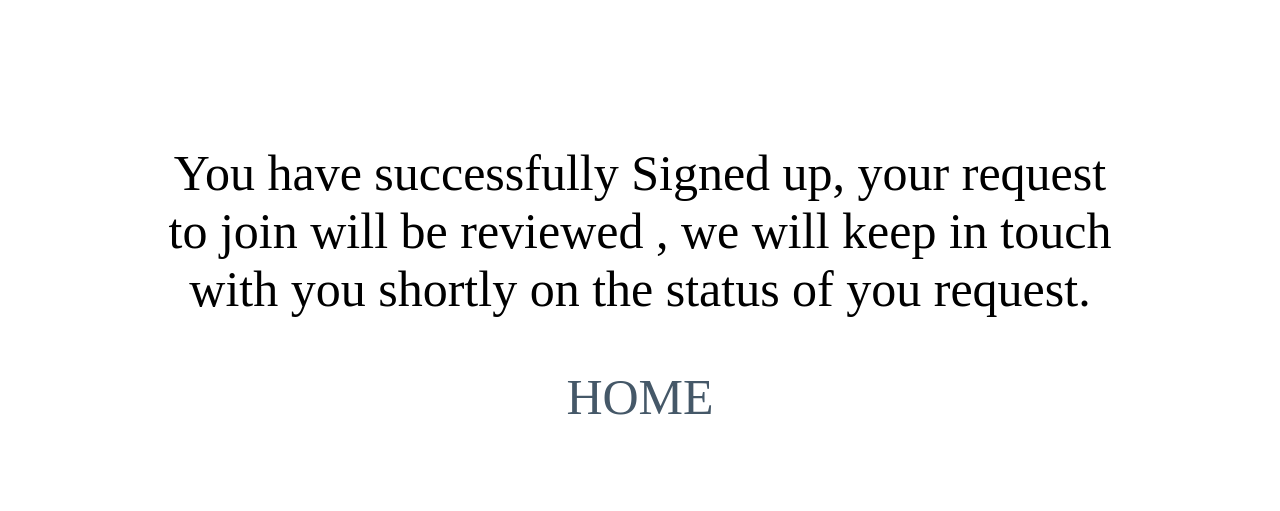
Repository: lorna-k/Workspace
Page: Alumni/Alumni-2/WebContent/signedup.html
The author's editor kept a copy of each file at every save. The page is drawn from the files as they stood at one save, then again after the next save.
The browser window is 1280 px wide. The pictures show the whole page.

Above is the page before, as saved 2016-09-15 08:46:09.

After the next save:
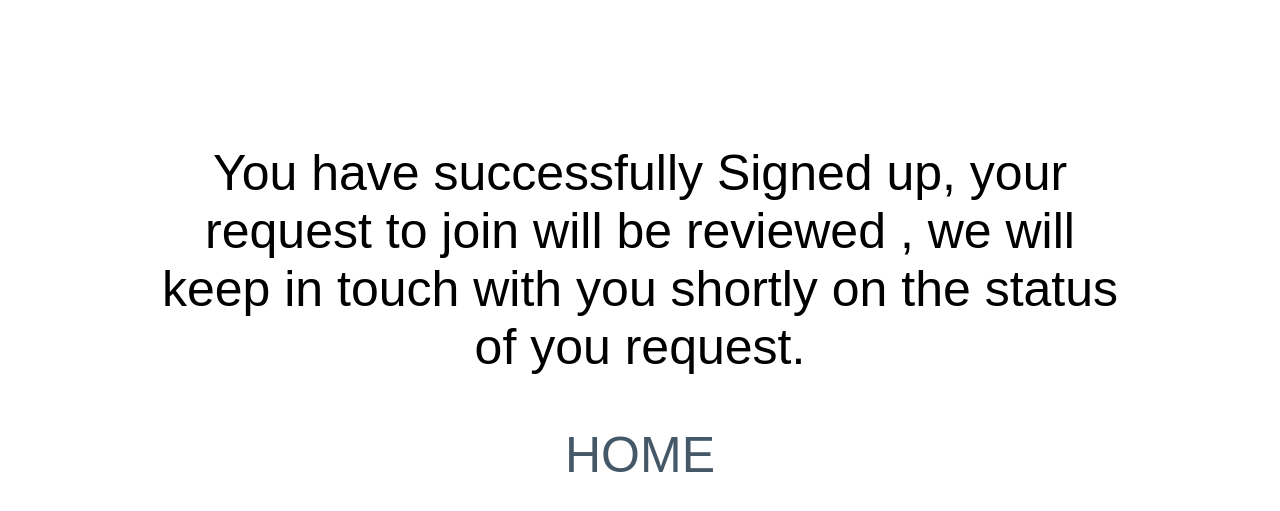
Saved 24 s later.
--- a/Alumni/Alumni-2/WebContent/signedup.html
+++ b/Alumni/Alumni-2/WebContent/signedup.html
@@ -18,7 +18,7 @@
 
 </style>
 <body>
-	<div  style="font-size:50px; font-family:Arial #455868;margin:20vh" align="center">
+	<div  style="font-size:50px; font-family:Arial;margin:20vh" align="center">
 
 		You have successfully Signed up,
 		your request to join will be reviewed

After the 2 saves that followed:
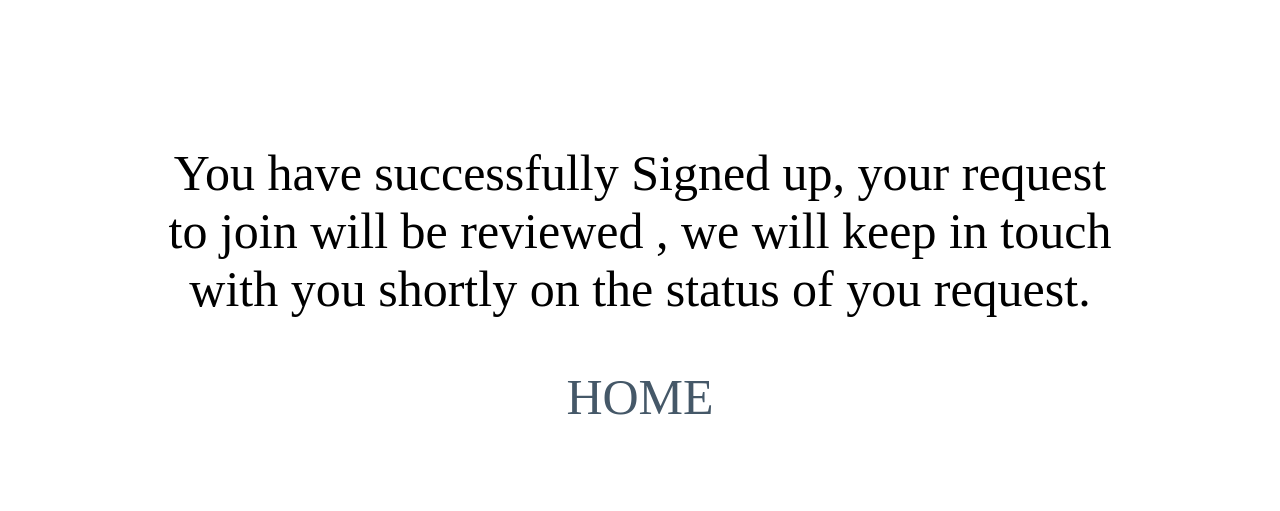
The 2 saves are shown as one change because 1 left the picture as it was.
The last was saved 23 s later.
--- a/Alumni/Alumni-2/WebContent/signedup.html
+++ b/Alumni/Alumni-2/WebContent/signedup.html
@@ -18,7 +18,7 @@
 
 </style>
 <body>
-	<div  style="font-size:50px; font-family:Arial;margin:20vh" align="center">
+	<div  style="font-size:50px; font-family:Arial #455868;margin:20vh" align="center">
 
 		You have successfully Signed up,
 		your request to join will be reviewed
